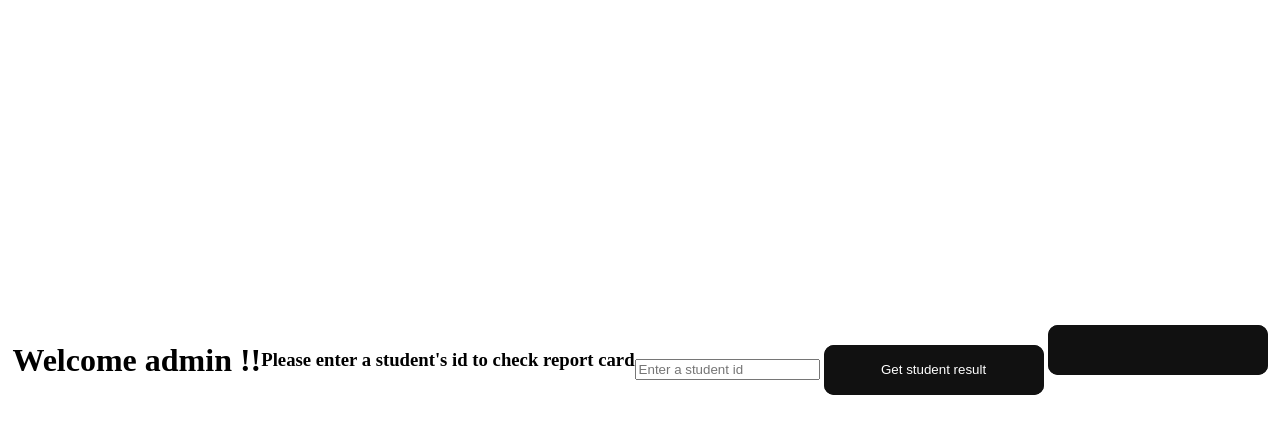
Repository: MriOj/OnlineExamPortal
Page: http://localhost/ExamPortal/admlogin.jsp
The author's editor kept a copy of each file at every save. The page is drawn from the files as they stood at one save, then again after the next save.
The browser window is 1280 px wide. The pictures show the whole page.
The page is served by Tomcat 9. Other server files are loaded and not shown.

Above is the page before, as saved 2021-09-07 10:25:07.

### ExamPortal/src/main/webapp/admlogin.jsp
<%@ page language="java" contentType="text/html; charset=ISO-8859-1"
    pageEncoding="ISO-8859-1"%>
<!DOCTYPE html>
<html>
<head>
<meta charset="ISO-8859-1">
<title>Admin</title>
<style>
.center {
position: absolute;
left: 50%;
top: 50%;
transform: translate(-50%, -50%);
color:white;
padding: 20px;
}
html,
body {
    margin: 0;
    padding: 0;
    width: 100%;
    height: 100vh;
    display: flex;
    flex-direction: row;
    justify-content: center;
    align-items: center;
    background: white;

}

.glow-on-hover {
    width: 220px;
    height: 50px;
    border: none;
    outline: none;
    color: #fff;
    background: #111;
    cursor: pointer;
    position: relative;
    z-index: 0;
    border-radius: 10px;
}

.glow-on-hover:before {
    content: '';
    background: linear-gradient(45deg, #ff0000, #ff7300, #fffb00, #48ff00, #00ffd5, #002bff, #7a00ff, #ff00c8, #ff0000);
    position: absolute;
    top: -2px;
    left:-2px;
    background-size: 400%;
    z-index: -1;
    filter: blur(5px);
    width: calc(100% + 4px);
    height: calc(100% + 4px);
    animation: glowing 20s linear infinite;
    opacity: 0;
    transition: opacity .3s ease-in-out;
    border-radius: 10px;
}

.glow-on-hover:active {
    color: #000
}

.glow-on-hover:active:after {
    background: transparent;
}

.glow-on-hover:hover:before {
    opacity: 1;
}

.glow-on-hover:after {
    z-index: -1;
    content: '';
    position: absolute;
    width: 100%;
    height: 100%;
    background: #111;
    left: 0;
    top: 0;
    border-radius: 10px;
}

@keyframes glowing {
    0% { background-position: 0 0; }
    50% { background-position: 400% 0; }
    100% { background-position: 0 0; }
}
</style>
</head>
<body>


  <h1>Welcome admin !!</h1> <br>
  <h3> Please enter a student's id to check report card </h3>
  <form action="reportcard" method="post">
  <input type="number" placeholder="Enter a student id" name="userid">
  <button class="glow-on-hover" type="button" onclick="classresult()" >Get student result</button>
  <button type="submit" class="glow-on-hover">
  </form>


</body>
</html>

After the next save:
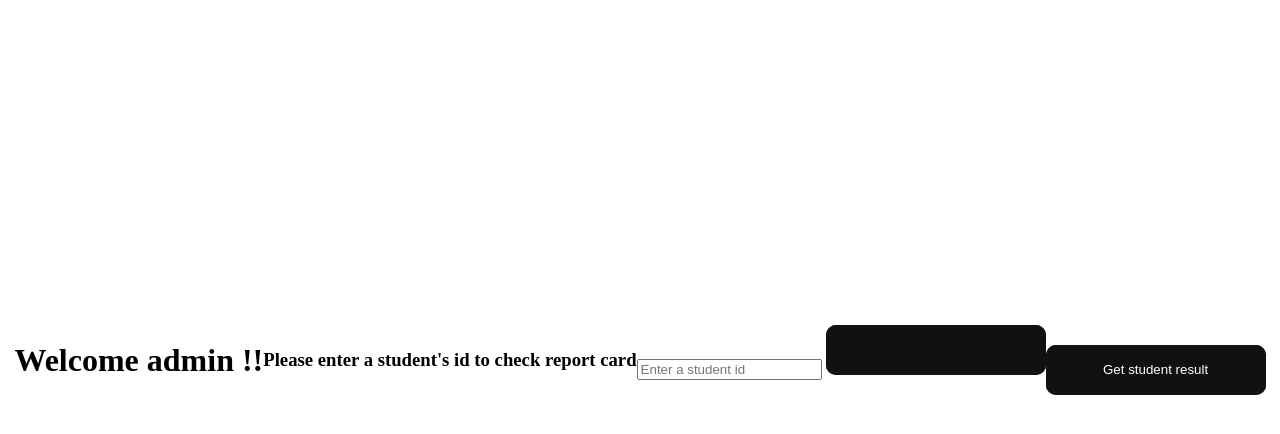
Saved 63 s later.
--- a/ExamPortal/src/main/webapp/admlogin.jsp
+++ b/ExamPortal/src/main/webapp/admlogin.jsp
@@ -96,8 +96,9 @@ body {
   <h3> Please enter a student's id to check report card </h3>
   <form action="reportcard" method="post">
   <input type="number" placeholder="Enter a student id" name="userid">
+  <button type="submit" class="glow-on-hover">
   <button class="glow-on-hover" type="button" onclick="classresult()" >Get student result</button>
-  <button type="submit" class="glow-on-hover">
+
   </form>
 
 
